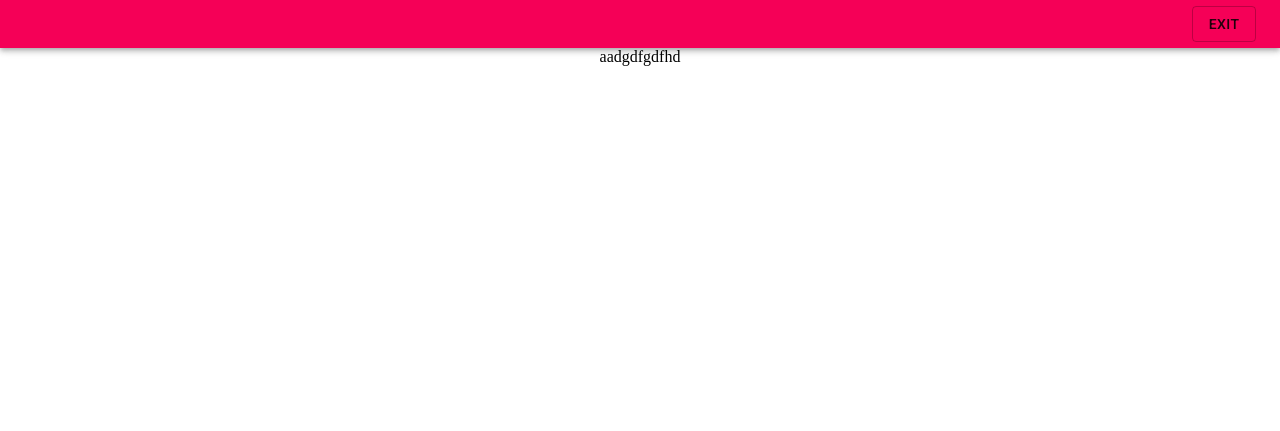
Repository: ezotop/react_firebase_chat
Page: /
These files come from the project's save history. The page is drawn as it stood at one moment and after the next save; the edit follows.
The browser window is 1280 px wide. The pictures show the whole page.
The project was rebuilt for these pictures with package versions that can differ from the ones it lists, and the page was loaded fresh each time. Also part of the build but not shown: src/component/Chat.js.

Above is the page before, as saved 2021-06-16 16:40:23.

### public/index.html
<!DOCTYPE html>
<html lang="en">
  <head>
    <meta charset="utf-8" />
    <meta name="viewport" content="width=device-width, initial-scale=1" />
    <title>React Firebase App</title>
    <link rel="stylesheet" href="https://fonts.googleapis.com/css?family=Roboto:300,400,500,700&display=swap" />
  </head>
  <body>
    <noscript>You need to enable JavaScript to run this app.</noscript>
    <div id="root"></div>
  </body>
</html>

### src/App.js
import { BrowserRouter as Router } from 'react-router-dom';
import Navbar from './component/Navbar';
import AppRouter from './component/AppRouter';
import './App.css';

function App() {
    return (
        <Router>
            <Navbar />
            <AppRouter />
        </Router>
    );
}

export default App;

### src/component/Navbar.js
import React from 'react';
import { NavLink } from 'react-router-dom';
import { AppBar, Button, Grid, Toolbar } from '@material-ui/core';
import { LOGIN_ROUTE } from '../utils/consts';

const Navbar = () => {
    const user = true
    return (
        <AppBar color={'secondary'} position="static">
            <Toolbar variant={'dense'}>
                <Grid container alignItems={'center'} justify={'flex-end'}>
                    {
                        user ?
                        <Button variant={'outlined'}>Exit</Button>
                        :
                        <NavLink to={LOGIN_ROUTE}>
                            <Button variant={'outlined'}>Login</Button>
                        </NavLink>
                    }
                </Grid>
            </Toolbar>
        </AppBar>
    );
};

export default Navbar;

### src/component/AppRouter.js
import React from 'react';
import { Route, Switch, Redirect } from 'react-router';
import { privateRoutes, publicRoutes } from '../routes';
import { CHAT_ROUTE, LOGIN_ROUTE } from '../utils/consts';

const AppRouter = () => {
    const user = false
    return user ?
        (
            <Switch>
                {privateRoutes.map(({path, component}) => <Route path={path} component={component} exact />)}
                <Redirect to={CHAT_ROUTE} /> {/* В случае какого-то непонятного роута перекинет на страницу чата, если юзер авторизован */}
            </Switch>
        )
        :
        (
            <Switch>
                {publicRoutes.map(({path, component}) => <Route path={path} component={component} exact />)}
                <Redirect to={LOGIN_ROUTE} /> {/* В случае какого-то непонятного роута перекинет на страницу логина, если юзер не авторизован */}
            </Switch>
        )
};

export default AppRouter;

### src/routes.js
import Chat from "./component/Chat";
import Login from "./component/Login";
import { LOGIN_ROUTE } from "./utils/consts";

export const publicRoutes = [
    {
        path: LOGIN_ROUTE,
        component: Login
    }
]

export const privateRoutes = [ // Приватные роуты, доступны только авторизированным пользователям
    {
        path: '/chat',
        component: Chat
    }
]

### src/component/Login.js
import React from 'react';
import { Container, Grid } from '@material-ui/core';

const Login = () => {
    return (
        <Container>
            <Grid
                container
                style={{height: window.innerHeight - 50}}
                justify={'center'}
            >
                aadgdfgdfhd
            </Grid>
        </Container>
    );
};

export default Login;

Loaded but not shown: src/index.js (common file); src/App.css (common file); src/utils/consts.js (common file)

After the next save:
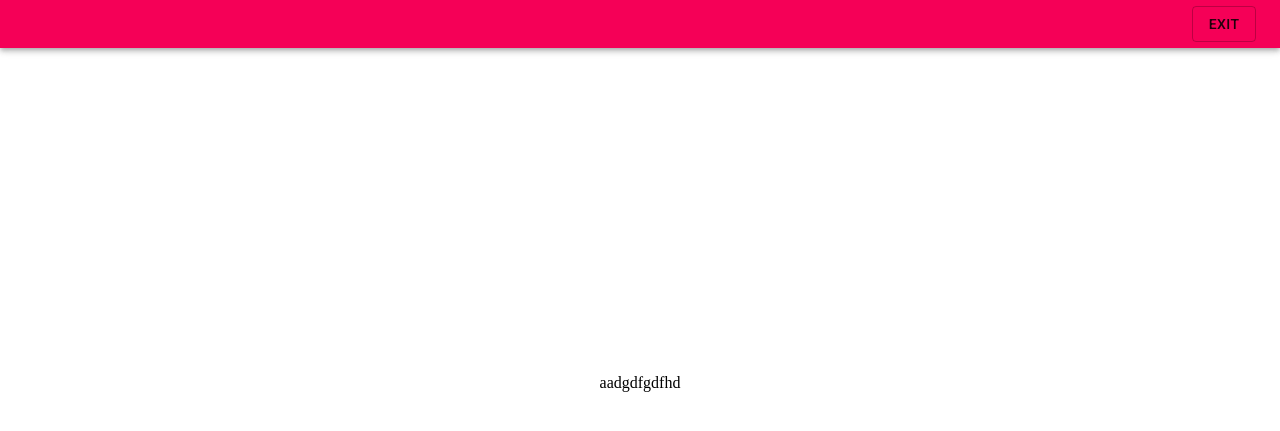
Saved 26 s later.
--- a/src/component/Login.js
+++ b/src/component/Login.js
@@ -8,6 +8,7 @@ const Login = () => {
                 container
                 style={{height: window.innerHeight - 50}}
                 justify={'center'}
+                alignItems={'center'}
             >
                 aadgdfgdfhd
             </Grid>
